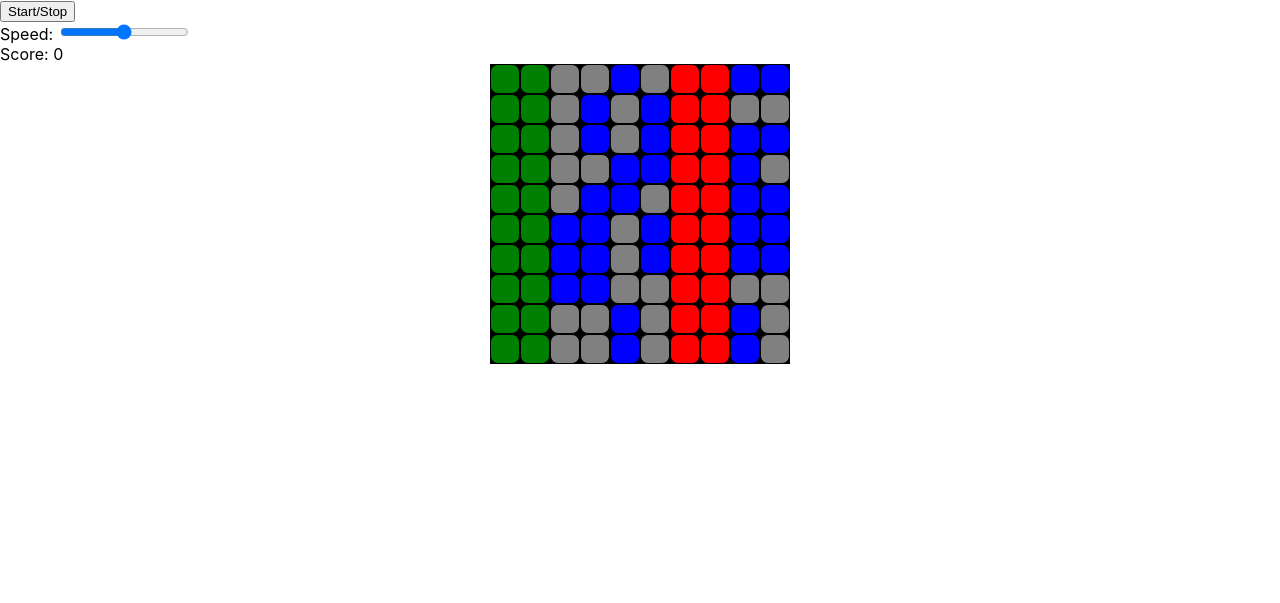
Repository: drumsmanku/grid-game
Page: / (app in client/)
An editor plug-in stored every save of this project. The page is shown before and after the next save, followed by the edit.
The browser window is 1280 px wide. The pictures show the whole page.
The project was rebuilt for these pictures with package versions that can differ from the ones it lists, and the page was loaded fresh each time. Also part of the build but not shown: client/src/App.css.

Above is the page before, as saved 2024-03-23 18:27:05.

### client/src/App.js
import './App.css';
import Grid from './components/Grid';

function App() {
  return (
    <div className="App">
     <Grid/>
    </div>
  );
}

export default App;

### client/src/components/Grid.js
import React, { useState, useEffect } from 'react';
import './Grid.css';

// Initial base grid creation function simplified for this example
const initialBaseGrid = () => {
  let baseGrid = [];
  for (let row = 0; row < 10; row++) {
    let currentRow = [];
    for (let col = 0; col < 10; col++) {
      if (col < 2) {
        currentRow.push('green');
      } else if (col < 6 || col >= 8) {
        currentRow.push(Math.random() < 0.5 ? 'blue' : '');
      } else {
        currentRow.push('');
      }
    }
    baseGrid.push(currentRow);
  }
  return baseGrid;
};


function Grid() {
  const [baseGrid, setBaseGrid] = useState(initialBaseGrid());
  const [redPositions, setRedPositions] = useState([6, 7]); // Initial red columns positions
  const [moveDirection, setMoveDirection] = useState(1); // 1 for right, -1 for left
  const [score, setScore] = useState(0);
  const [isRunning, setIsRunning] = useState(false);
  const [speed, setSpeed] = useState(3);

  useEffect(() => {
    setIsRunning(false);
    setBaseGrid(initialBaseGrid());
    setScore(0);
  }, []);

  useEffect(() => {
    let intervalId;
    if (isRunning) {
      intervalId = setInterval(() => {
        setRedPositions(currPositions => {
          let newPosition = currPositions.map(p => p + moveDirection);
          // Check for boundaries and change direction if needed
          if (newPosition.some(p => p >= 10) || newPosition.some(p => p <= 1)) {
            setMoveDirection(-moveDirection); // Reverse the direction
            // Adjust newPosition to ensure it stays within bounds after direction change
            newPosition = currPositions.map(p => p + (-moveDirection));
          }
          return newPosition;
        });
      }, 250 / speed);
    }
    return () => clearInterval(intervalId);
  }, [isRunning, speed, moveDirection]);

  const handleClick = (row, col) => {
    const color = redPositions.includes(col) ? 'red' : baseGrid[row][col];
    // Update score based on color
    if (color === 'blue') {
      setScore((prevScore) => prevScore + 10);
    } else if (color === 'red') {
      setScore((prevScore) => prevScore - 10);
    }
    // Blink and other effects can be handled here as needed
  };

  // Combine redPositions with base grid before rendering
  const combinedGrid = baseGrid.map((row, rowIndex) =>
    row.map((cell, colIndex) =>
      redPositions.includes(colIndex) ? 'red' : cell
    )
  );

  // Speed change handler remains unchanged
  const handleSpeedChange = (event) => {
    const newSpeed = parseInt(event.target.value);
    setSpeed(newSpeed >= 1 && newSpeed <= 5 ? newSpeed : speed);
  };

  // Render method remains largely unchanged, using combinedGrid for display
  return (
    <div className="Grid">
      <button onClick={() => {
        setIsRunning(!isRunning);
        setScore(0);
        setBaseGrid(initialBaseGrid());
        setRedPositions([6, 7]); // Reset initial positions
        setMoveDirection(1); // Reset to move right
      }}>Start/Stop</button>
      <div>Speed: <input type="range" min="1" max="5" value={speed} onChange={handleSpeedChange} /></div>
      <div>Score: {score}</div>
      <div style={{ display: 'flex', flexDirection: 'column', alignItems: 'center' }}>
        {combinedGrid.map((row, rowIndex) => (
          <div key={rowIndex} style={{ display: 'flex', backgroundColor:'black' }}>
            {row.map((col, colIndex) => (
              <div key={`${rowIndex}-${colIndex}`}
                 className={`cell ${col}`}
                   onClick={() => handleClick(rowIndex, colIndex)}
                   style={{
                     width: '30px',
                     height: '30px',
                     backgroundColor: col || 'white',
                     borderRadius: '0.5rem',

                     boxSizing: 'border-box',
                     opacity: col ? 1 : 0.5
                   }}>
              </div>
            ))}
          </div >
          ))}
      </div>
    </div>
  );
}

export default Grid;

### client/src/components/Grid.css
.grid {
  display: flex;
  flex-direction: column;
}

.row {
  display: flex;
}

.cell {
  width: 40px;
  height: 40px;
  border: 1px solid #000;
}

.green {
  background-color: green;

 }
.blue { background-color: blue; }
.red { background-color: red; }
.clicked { animation: blink 0.5s linear 3; }

@keyframes blink {
  50% { opacity: 0; }
}

Loaded but not shown: client/public/index.html (common file); client/src/index.js (common file); client/src/index.css (common file)

After the next save:
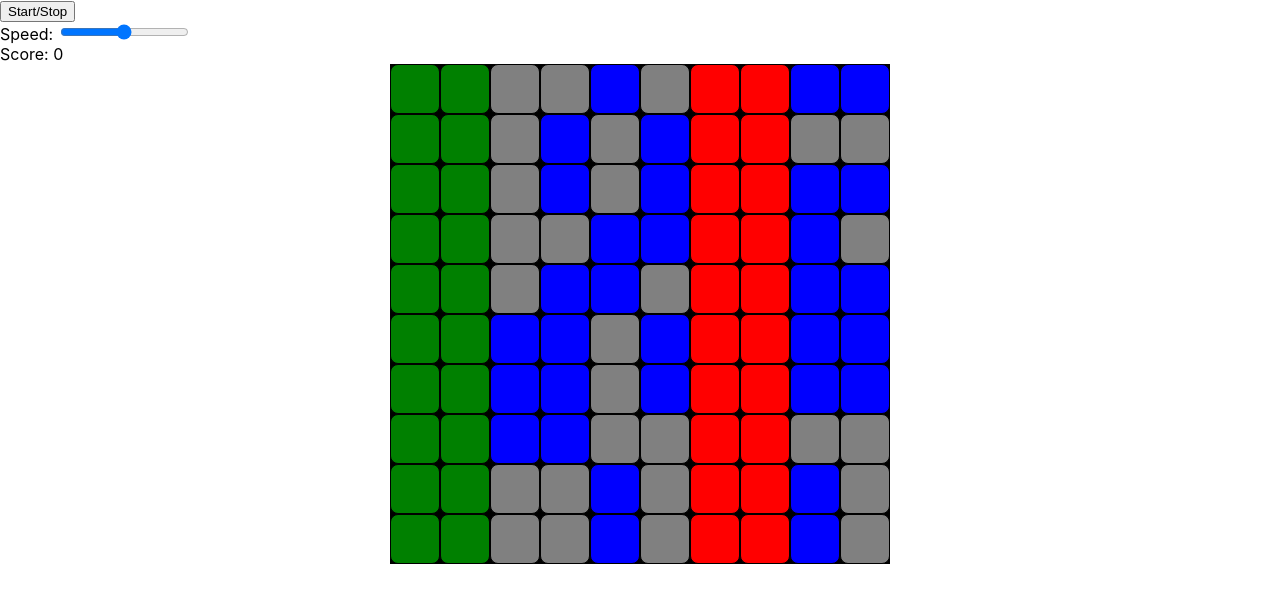
Saved 16 s later.
--- a/client/src/components/Grid.js
+++ b/client/src/components/Grid.js
@@ -98,8 +98,8 @@
                  className={`cell ${col}`}
                    onClick={() => handleClick(rowIndex, colIndex)}
                    style={{
-                     width: '30px',
-                     height: '30px',
+                     width: '50px',
+                     height: '50px',
                      backgroundColor: col || 'white',
                      borderRadius: '0.5rem',
 
